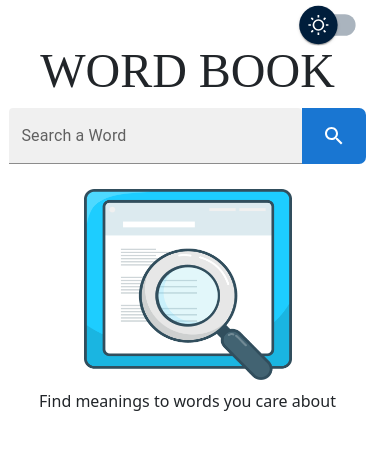
Repository: marveldev/my-dictionary
Page: /
The author's editor kept a copy of each file at every save. The page is drawn from the files as they stood at one save, then again after the next save.
The browser window is 375 px wide. The pictures show the whole page.
The project was rebuilt for these pictures with package versions that can differ from the ones it lists, and the page was loaded fresh each time. Also part of the build but not shown: src/components/themeSwitcher/MUISwitch.jsx.

Above is the page before, as saved 2022-05-22 16:52:07.

After the next save:
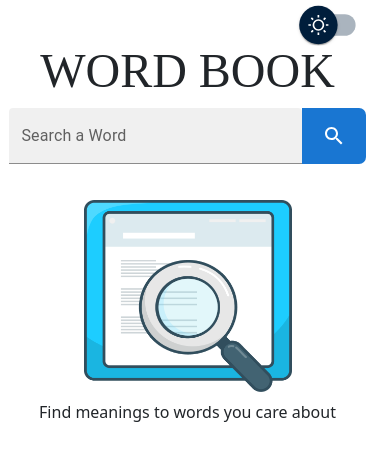
Saved 21 s later.
--- a/src/index.css
+++ b/src/index.css
@@ -96,6 +96,10 @@ button:active {
     width: 95%;
   }
 
+  .output {
+    margin-top: 12em;
+  }
+
   .definition-header {
     padding: 0.5em 0;
   }
